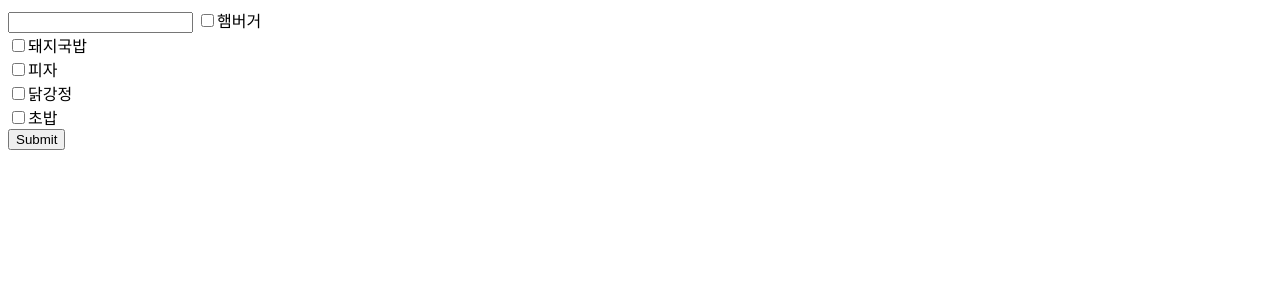
Repository: WoodongMaster/JSP_Workspace
Page: http://localhost/jstl_study/step6-form.jsp
These files come from the project's save history. The page is drawn as it stood at one moment and after the next save; the edit follows.
The browser window is 1280 px wide. The pictures show the whole page.
The page is served by Tomcat 9. Other server files are loaded and not shown.

Above is the page before, as saved 2023-05-10 02:26:35.

### jstl_project/jstl_study/src/main/webapp/step6-form.jsp
<%@ page language="java" contentType="text/html; charset=UTF-8"
    pageEncoding="UTF-8"%>
<%@ taglib prefix="c" uri="http://java.sun.com/jsp/jstl/core"%>
<!DOCTYPE html>
<html>
<head>
<meta charset="UTF-8">
<title>JSTL forEach</title>
</head>
<body>
	<form action="step6-action.jsp">
	<input type="text" name="name">
	<input type="checkbox" name="food" value="햄버거">햄버거<br>
	<input type="checkbox" name="food" value="돼지국밥">돼지국밥<br>
	<input type="checkbox" name="food" value="피자">피자<br>
	<input type="checkbox" name="food" value="닭강정">닭강정<br>
	<input type="checkbox" name="food" value="초밥">초밥<br>
	<input type="submit">
	</form>
</body>
</html>

After the next save:
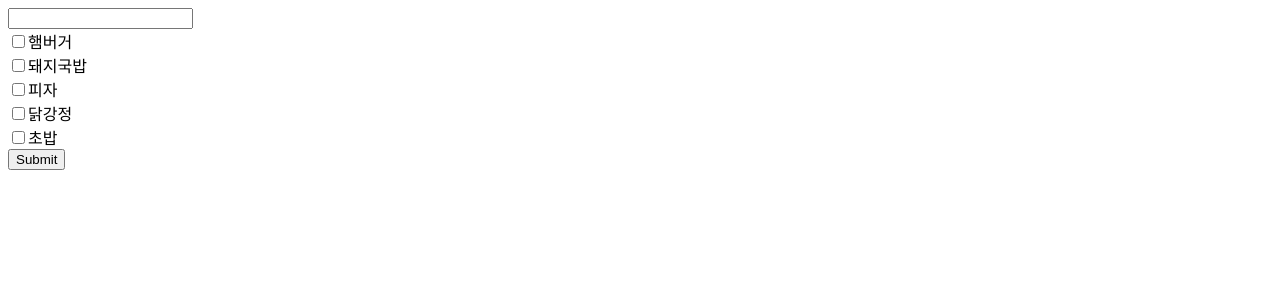
Saved 14 s later.
--- a/jstl_project/jstl_study/src/main/webapp/step6-form.jsp
+++ b/jstl_project/jstl_study/src/main/webapp/step6-form.jsp
@@ -9,7 +9,7 @@
 </head>
 <body>
 	<form action="step6-action.jsp">
-	<input type="text" name="name">
+	<input type="text" name="name"><br>
 	<input type="checkbox" name="food" value="햄버거">햄버거<br>
 	<input type="checkbox" name="food" value="돼지국밥">돼지국밥<br>
 	<input type="checkbox" name="food" value="피자">피자<br>
